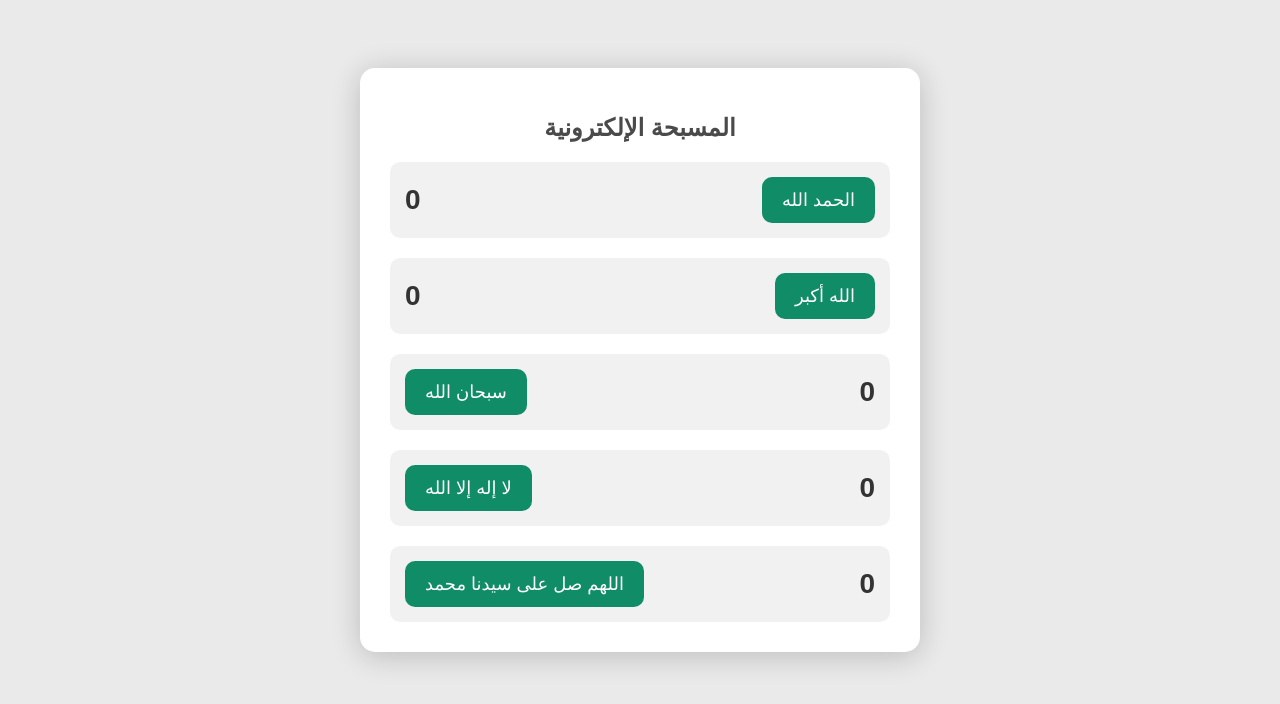
Repository: ShahdKItany/Electronic-Rosary
Page: index.html
The author's editor kept a copy of each file at every save. The page is drawn from the files as they stood at one save, then again after a run of saves.
The browser window is 1280 px wide. The pictures show the whole page.

Above is the page before, as saved 2024-10-23 00:54:38.

After the next 5 saves:
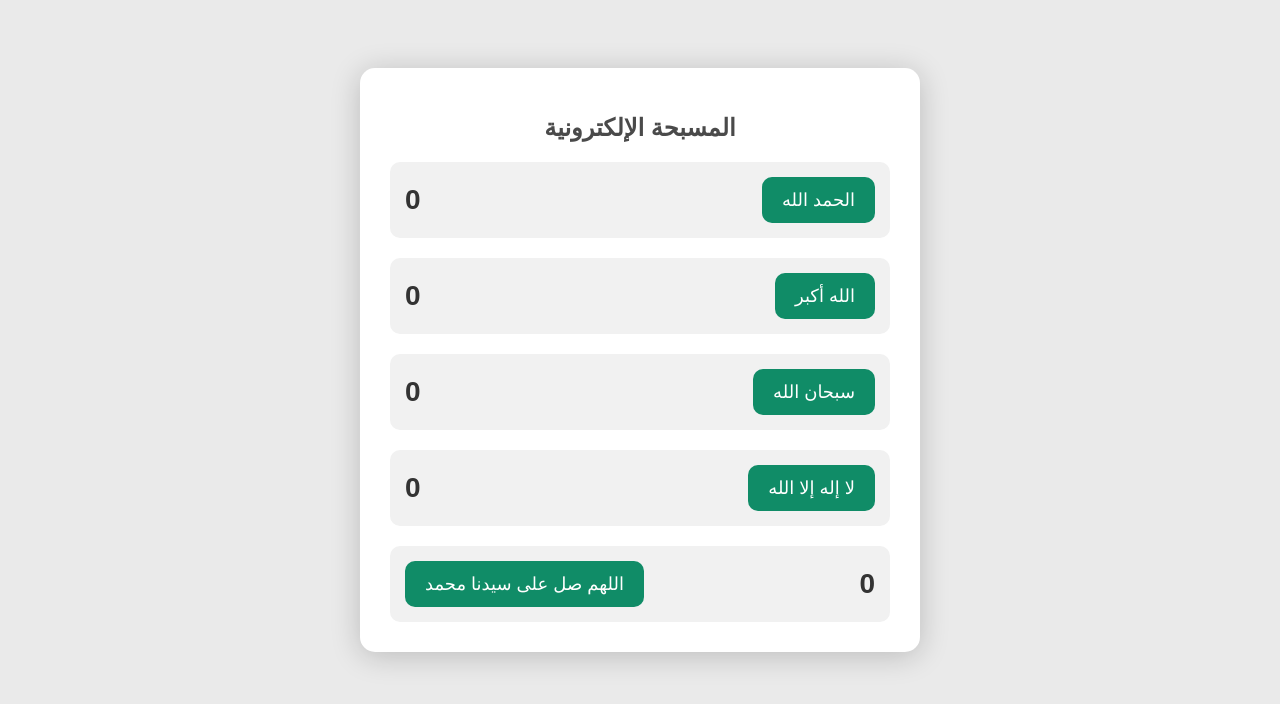
The 5 saves are shown as one change because they came seconds apart.
The last was saved 16 s later.
--- a/index.html
+++ b/index.html
@@ -19,12 +19,13 @@
         <button id="incrementButton2">الله أكبر</button>
       </div>
       <div class="button-group">
+        <span id="counter3" class="counter">0</span>
         <button id="incrementButton3">سبحان الله</button>
-        <span id="counter3" class="counter">0</span>
       </div>
       <div class="button-group">
+        <span id="counter4" class="counter">0</span>
         <button id="incrementButton4">لا إله إلا الله</button>
-        <span id="counter4" class="counter">0</span>
+
       </div>
       <div class="button-group">
         <button id="incrementButton5">اللهم صل على سيدنا محمد</button>
